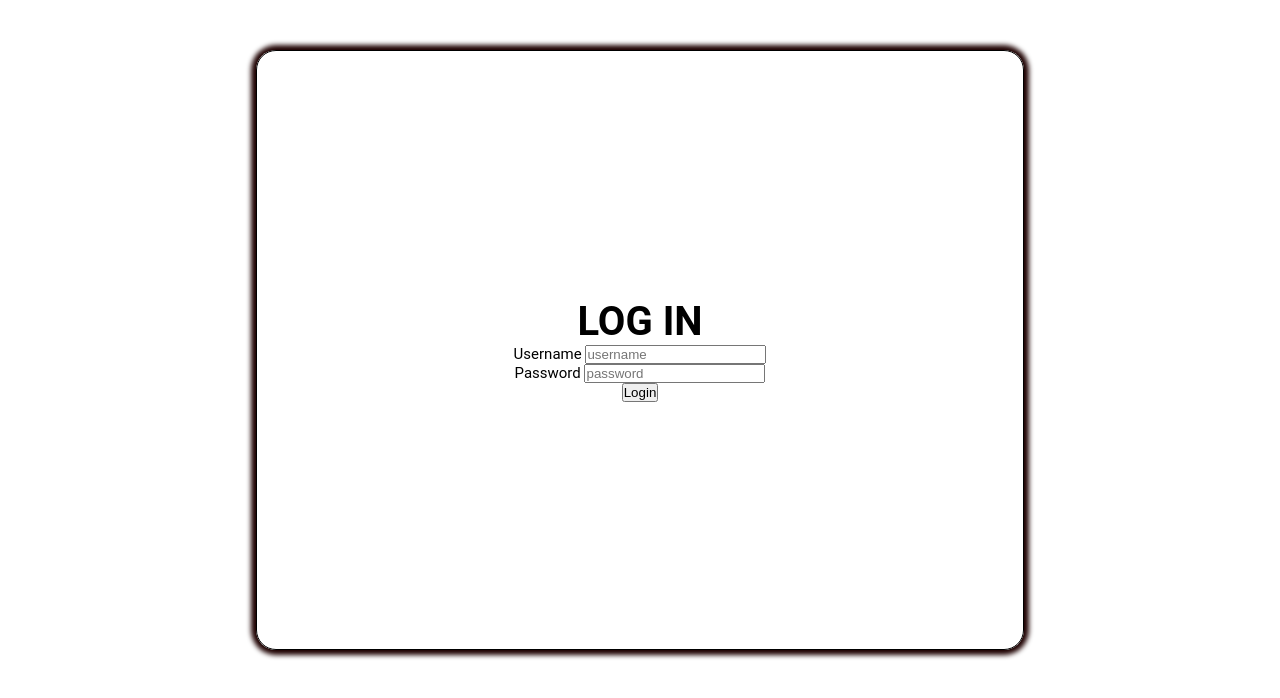
Repository: huyna1707/learning-git
Page: index.html
An editor plug-in stored every save of this project. The page is shown before and after the next save, followed by the edit.
The browser window is 1280 px wide. The pictures show the whole page.

Above is the page before, as saved 2024-08-09 23:21:44.

After the next save:
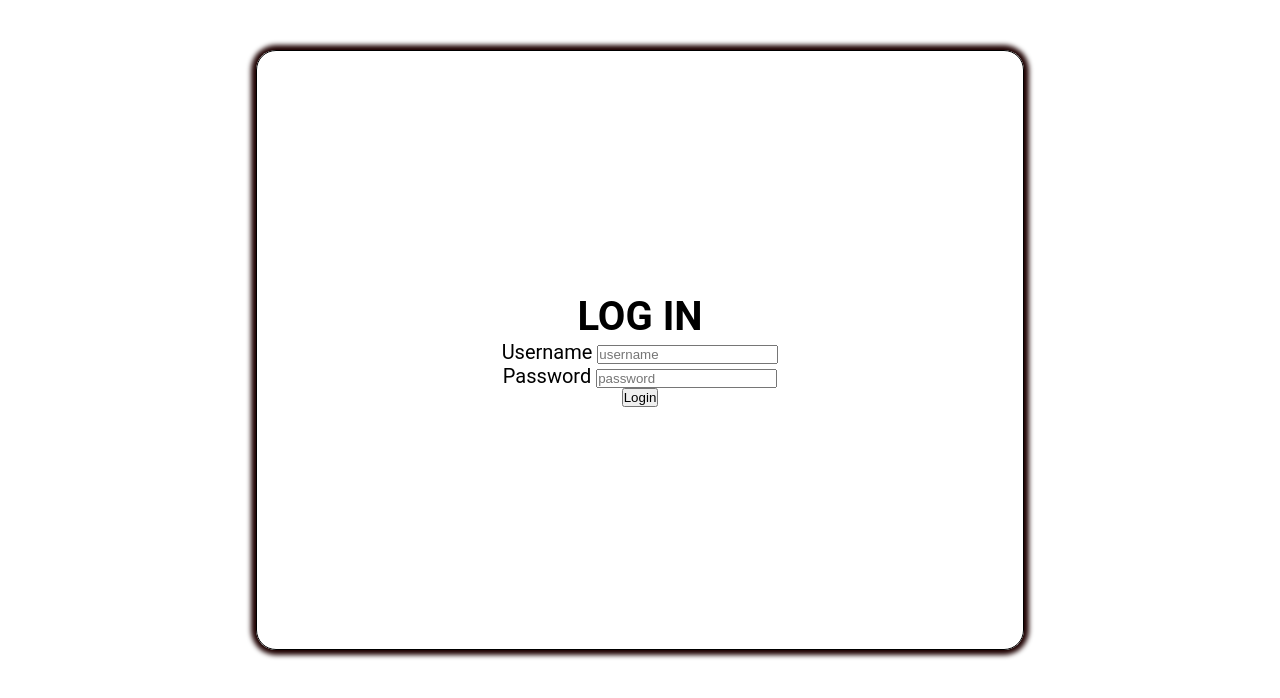
Saved 14 s later.
--- a/style.css
+++ b/style.css
@@ -30,5 +30,5 @@ form h4{
     font-weight: 600;
 }
 form label{
-
+    font-size : 20px
 }
